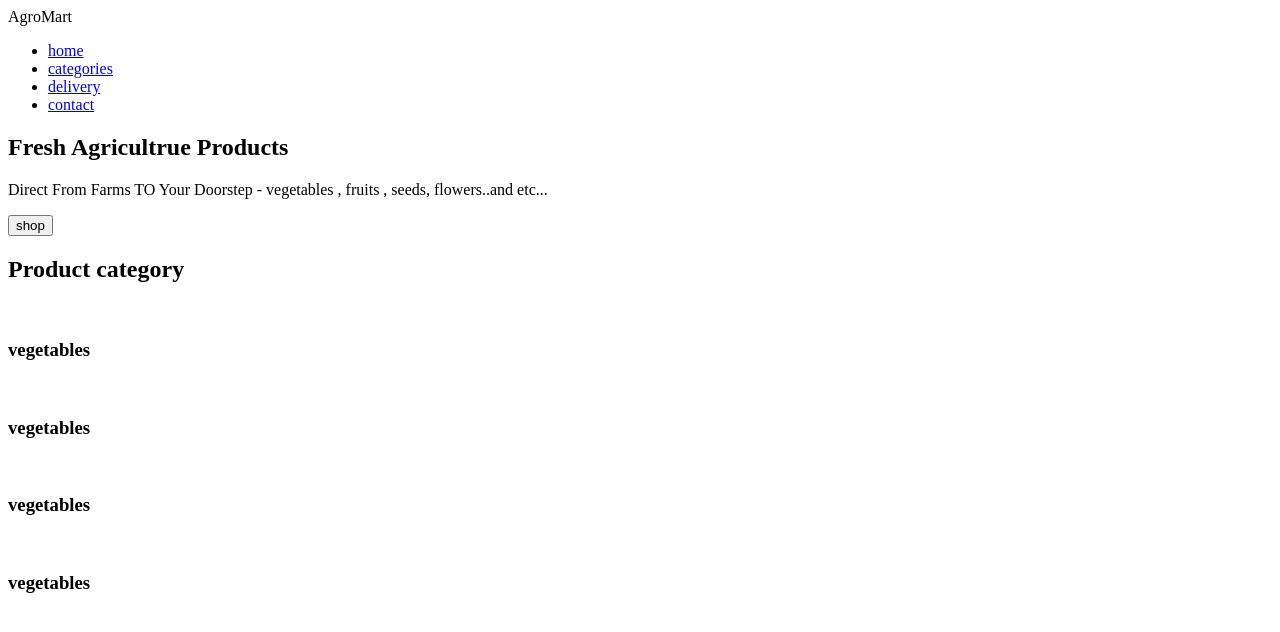
Repository: wingming07/Agro_mart
Page: index.html
These files come from the project's save history. The page is drawn as it stood at one moment and after the next save; the edit follows.
The browser window is 1280 px wide. The pictures show the whole page.

Above is the page before, as saved 2025-06-09 14:38:16.

### index.html
<!DOCTYPE html>
<html lang="en">
<head>
    <meta charset="UTF-8">
    <meta name="viewport" content="width=device-width, initial-scale=1.0">
    <title>AgroMart- fresh from garden</title>
</head>
<body>
    <header>
        <nav class="navbar">
            <div class="logo">AgroMart</div>
                <ul class="nav-links">
                    <li><a href="#home">home</a></li>
                        <li><a href="#categories">categories</a></li>
                            <li><a href="#delivery">delivery</a></li>
                                <li><a href="#contact">contact</a></li>
                </ul>
        </nav>
    </header>
    <section id="home" class="hero">
        <div class="hero-content">
            <h1>Fresh Agricultrue Products</h1>
            <p>Direct From Farms TO Your Doorstep - vegetables , fruits , seeds, flowers..and etc...</p>
            <button type="button" onclick="scrollToSection('categories')">shop</button>
            </div>
        </section>
        <section id="categories" class="categories">
            <h2>Product category</h2>
            <div class="category-container">
                <div class="category-card">
                    <img src="" alt=""/>
                    <h3>vegetables<h3>
                </div>
                <div class="category-card">
                    <img src="" alt=""/>
                    <h3>vegetables<h3>
                </div>
                <div class="category-card">
                    <img src="" alt=""/>
                    <h3>vegetables<h3>
                </div>
                <div class="category-card">
                    <img src="" alt=""/>
                    <h3>vegetables<h3>
                </div>
            </div>
    </body>
</html>

After the next save:
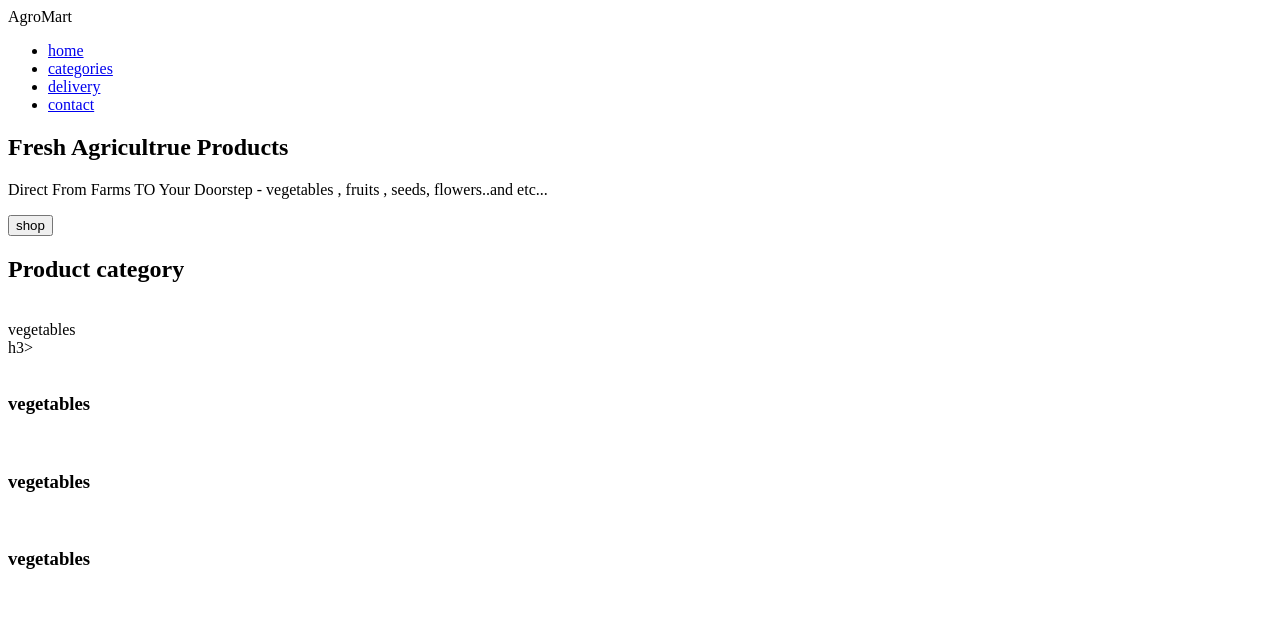
Saved 21 s later.
--- a/index.html
+++ b/index.html
@@ -29,7 +29,7 @@
             <div class="category-container">
                 <div class="category-card">
                     <img src="" alt=""/>
-                    <h3>vegetables<h3>
+                    <div>vegetables</div>h3>
                 </div>
                 <div class="category-card">
                     <img src="" alt=""/>
